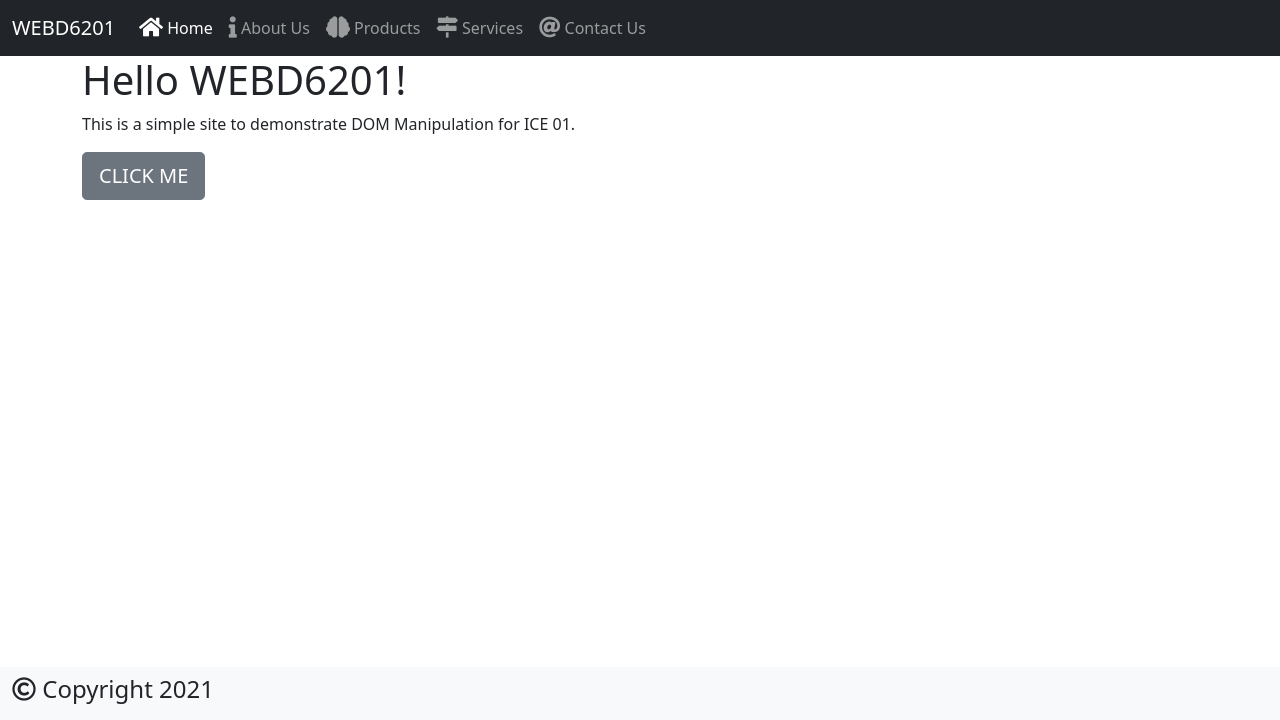
Repository: GarlicButterBoy/WEBD6201-Week1
Page: index.html
These files come from the project's save history. The page is drawn as it stood at one moment and after a run of saves; the edit follows.
The browser window is 1280 px wide. The pictures show the whole page.

Above is the page before, as saved 2021-01-20 09:43:28.

### index.html
<!DOCTYPE html>
<html lang="en">
<head>
    <meta charset="UTF-8">
    <meta name="viewport" content="width=device-width, initial-scale=1.0">
    <title>Document</title>

    <!-- CSS Section -->
    <link rel="stylesheet" href="./node_modules/bootstrap/dist/css/bootstrap.min.css">
    <link rel="stylesheet" href="./node_modules/@fortawesome/fontawesome-free/css/all.min.css">
    <link rel="stylesheet" href="./Content/app.css">

</head>
<body>
       <!-- Main Nav -->

       <header>
        <nav class="navbar navbar-expand-lg navbar-dark bg-dark">
            <div class="container-fluid">
              <a class="navbar-brand" href="#">WEBD6201</a>
              <button class="navbar-toggler" type="button" data-bs-toggle="collapse" data-bs-target="#navbarSupportedContent" aria-controls="navbarSupportedContent" aria-expanded="false" aria-label="Toggle navigation">
                <span class="navbar-toggler-icon"></span>
              </button>
              <div class="collapse navbar-collapse" id="navbarSupportedContent">
                <ul class="navbar-nav ml-auto mb-2 mb-lg-0">

                  <li class="nav-item">
                    <a class="nav-link active" aria-current="page" href="#">
                        <i class="fas fa-home fa-lg"></i> Home</a>
                  </li>

                  <li class="nav-item">
                    <a class="nav-link" aria-current="page" href="#">
                        <i class="fas fa-info fa-lg"></i> About Us</a>
                  </li>

                  <li class="nav-item">
                    <a class="nav-link" aria-current="page" href="#">
                        <i class="fas fa-brain fa-lg"></i> Products</a>
                  </li>

                  <li class="nav-item">
                    <a class="nav-link" aria-current="page" href="#">
                        <i class="fas fa-map-signs fa-lg"></i> Services</a>
                  </li>

                  <li class="nav-item">
                    <a class="nav-link" aria-current="page" href="#">
                        <i class="fas fa-at fa-lg"></i> Contact Us</a>
                  </li>

                </ul>
              </div>
            </div>
          </nav>
    </header>

    <main class="container">
        <h1>Hello WEBD6201!</h1>
        <p id="paragraphOne" ></p>
        <button class="btn btn-secondary btn-lg" id="clickMeButton">CLICK ME</button>
    </main>

    <footer>
        <nav class="navbar fixed-bottom navbar-light bg-light">
            <div class="container-fluid">
              <h4><i class="far fa-copyright" ></i> Copyright 2021</h4>
            </div>
        </nav>
    </footer>

    <!-- JavaScript Section -->
    <script src="./node_modules/jquery/dist/jquery.min.js"></script>
    <script src="./node_modules/bootstrap/dist/js/bootstrap.bundle.min.js"></script>
    <script src="./Scripts/app.js"></script>

</body>
</html>

### Content/app.css
/*
 * Custom CSS goes here!
 */

### Scripts/app.js
/*
 * Custom Scripts go here!
 */

//IIFE - Immediately Invoked Function Expression
//AKA - Anonymous Self-Executing Function
//Closure - Limits Scope Leak

"use strict";

(function()
{
    //Initialization Function
    function Start()
    {

       console.log("App Started...");

       let paragraphOneText = "This is a simple site to demonstrate DOM Manipulation for ICE 01.";

       let paragraphOneElement = document.getElementById("paragraphOne");

       paragraphOneElement.className = "fs-4; fw-bold;";
       paragraphOneElement.textContent = paragraphOneText;

       for (let index = 0; index < 5; index++)
       {

        console.log(index);

        let clickMeButton = document.getElementById("clickMeButton");



        clickMeButton.addEventListener("click", ()=>
        {
            console.log("Click me button was depressed :(");
        });
       }
    }
    //Event Listener
    window.addEventListener("load", Start);

})();

Loaded but not shown: node_modules/bootstrap/dist/css/bootstrap.min.css (library); node_modules/@fortawesome/fontawesome-free/css/all.min.css (library); node_modules/jquery/dist/jquery.min.js (library); node_modules/bootstrap/dist/js/bootstrap.bundle.min.js (library)

After the next 2 saves:
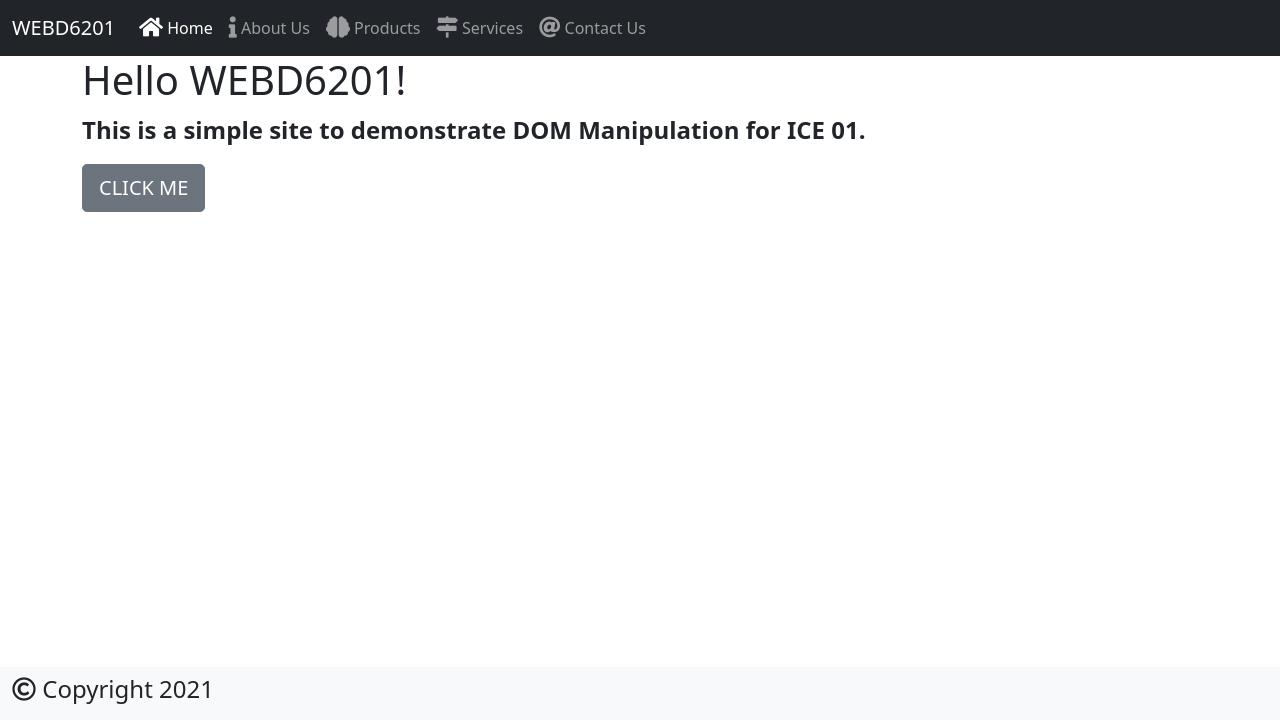
The 2 saves are shown as one change because they came seconds apart.
The last was saved 14 s later.
--- a/Scripts/app.js
+++ b/Scripts/app.js
@@ -20,7 +20,7 @@
 
        let paragraphOneElement = document.getElementById("paragraphOne");
 
-       paragraphOneElement.className = "fs-4; fw-bold;";
+       paragraphOneElement.className = "fs-4 fw-bold";
        paragraphOneElement.textContent = paragraphOneText;
 
        for (let index = 0; index < 5; index++)
